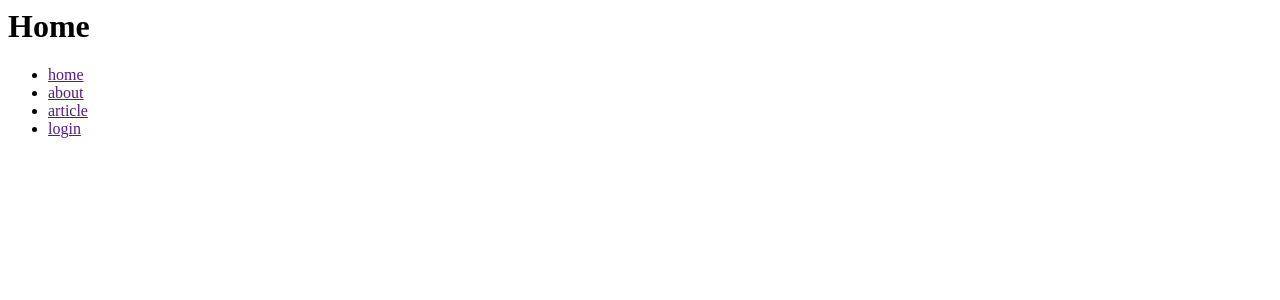
Repository: syawal2kalii/parsinta_clone_model
Page: http://localhost/home
These files come from the project's save history. The page is drawn as it stood at one moment and after the next save; the edit follows.
The browser window is 1280 px wide. The pictures show the whole page.
The page is served by the project's Laravel application, run on PHP 8.4 with Laravel 8. Other server files are loaded and not shown.

Above is the page before, as saved 2019-12-26 14:21:08.

### routes/web.php
<?php

/*
|--------------------------------------------------------------------------
| Web Routes
|--------------------------------------------------------------------------
|
| Here is where you can register web routes for your application. These
| routes are loaded by the RouteServiceProvider within a group which
| contains the "web" middleware group. Now create something great!
|
*/

Route::get('/', function () {
    return view('welcome');
});

Route::get('/home', function () {
    return view('home');
});

### resources/views/home.blade.php
@extends('layout.master')


    <h1>Home</h1>

### resources/views/layout/master.blade.php
<!DOCTYPE html>
<html lang="en">
<head>
    <meta charset="UTF-8">
    <meta name="viewport" content="width=device-width, initial-scale=1.0">
    <meta http-equiv="X-UA-Compatible" content="ie=edge">
    <title>Document</title>
</head>
<body>
   @include('layout.navigation')
   @yield('content')
</body>
</html>

### resources/views/layout/navigation.blade.php
<ul>
    <li> <a href="">home</a></li>
    <li><a href="">about</a></li>
     <li><a href="">article</a></li>
     <li><a href="">login</a></li>
</ul>

After the next save:
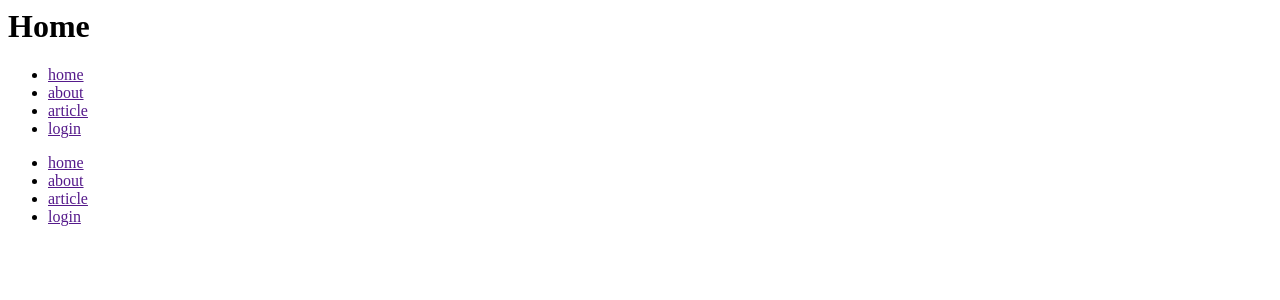
Saved 77 s later.
--- a/resources/views/home.blade.php
+++ b/resources/views/home.blade.php
@@ -2,3 +2,4 @@
 
 
     <h1>Home</h1>
+    @include('layout.navigation')
